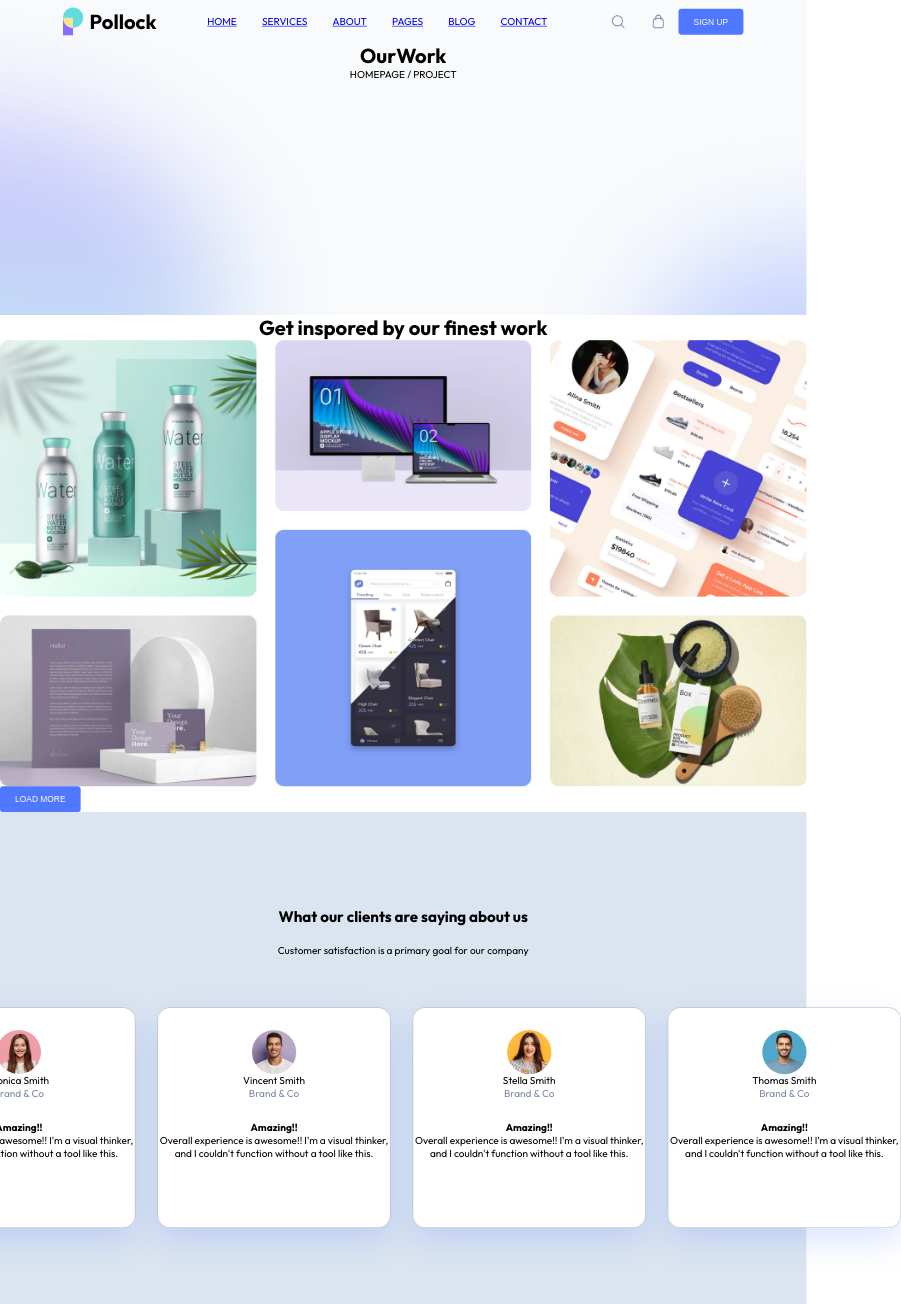
Repository: Nam936/exercises
Page: index.html
These files come from the project's save history. The page is drawn as it stood at one moment and after a run of saves; the edit follows.
The browser window is 1280 px wide. The page is 1430 px wide, so the pictures cover 1430 px, including what lies to the right of the window. The pictures show the whole page, at 63% of full size.

Above is the page before, as saved 2022-12-30 14:40:00.

### index.html
<!DOCTYPE html>
<html lang="en">
<head>
    <meta charset="UTF-8">
    <meta http-equiv="X-UA-Compatible" content="IE=edge">
    <meta name="viewport" content="width=device-width, initial-scale=1.0">
    <title>Pollock</title>
    <link href="https://fonts.googleapis.com/css2?family=Outfit:wght@400;500;600;700&display=swap" rel="stylesheet">
    <link rel="stylesheet" href="style.css">
</head>
<body>
<div id="wrap">
    <div class="bg_header">
        <div class="container">
            <div class="header">
                <div class="menu_header">
                    <h1 class="logo">
                        <img src="/img/Frame_header.png" alt="logo">
                        <p class="txt_header">Pollock</p>
                    </h1>
                    <div class="lst_header">
                        <ul>
                            <li><a href="#">HOME</a></li>
                            <li><a href="#">SERVICES</a></li>
                            <li><a href="#">ABOUT</a></li>
                            <li><a href="#">PAGES</a></li>
                            <li><a href="#">BLOG</a></li>
                            <li><a href="#">CONTACT</a></li>
                        </ul>
                        </div>
                        <div class="icon_header">
                            <img class="search" src="/img/Iconex/Search_header.png" alt="">
                            <img class="cart" src="/img/Iconex/Bag_header.png" alt="">
                            <button>SIGN UP</button>
                        </div>
                    </div>
                </div>
                <div class="txt_ct">
                    <h1>OurWork</h1>
                    <p>HOMEPAGE / PROJECT</p>
                </div>
            </div>
        </div>
    </div>
    <div class="main">
        <div class="tit_main">
            <h1>Get inspored by our finest work</h1>
        </div>
            <div class="prod_main">
                <div class="prod_itm">
                    <img src="/img/main_img/1.png "alt="">
                    <img src="/img/main_img/2.png" alt="">
                </div>
                <div class="prod_itm">
                    <img src="/img/main_img/3.png" alt="">
                    <img src="/img/main_img/4.png" alt="">
                </div>
                <div class="prod_itm">
                    <img src="/img/main_img/5.png" alt="">
                    <img src="/img/main_img/6.png" alt="">
            </div>
        </div>
        <div class="button">
            <button>LOAD MORE</button>
        </div>



    <div class="member">
        <div class="head_mem">
            <div class="tit_mem">
                <h2>What our clients are saying about us</h2>
                <p>Customer satisfaction is a primary goal for our company</p>
            </div>
            <!-- <div class="scroll"></div> -->
        </div>
        <div class="slide">
            <div class="tag">
                <div class="tag_itm">
                    <div class="tag_avatar">
                        <div class="tag_cont">
                            <img src="/img/avatar/Avatar.png" alt="">
                            <div class="name_mem">
                                <span>Monica Smith</span>
                                <p>Brand & Co</p>
                            </div>
                        </div>
                    </div>
                    <div class="txt">
                        <strong class="tit">Amazing!!</strong>
                        <p>Overall experience is awesome!! I'm a visual thinker, and I couldn't function without a tool like this.</p>
                    </div>
                </div>
            </div>
            <div class="tag">
                <div class="itm">
                    <div class="tag_avatar">
                        <div class="tag_cont">
                            <img src="/img/avatar/Avatar2.png" alt="">
                            <div class="name_mem">
                                <span>Vincent Smith</span>
                                <p>Brand & Co</p>
                            </div>
                        </div>

                    </div>
                    <div class="txt">
                        <strong class="tit">Amazing!!</strong>
                        <p>Overall experience is awesome!! I'm a visual thinker, and I couldn't function without a tool like this.</p>
                    </div>
                </div>
            </div>
            <div class="tag">
                <div class="tag_itm">
                    <div class="tag_avatar">
                        <dv class="tag_cont">
                            <img src="/img/avatar/Avatar3.png" alt="">
                            <div class="name_mem">
                                <span>Stella Smith</span>
                                <p>Brand & Co</p>
                            </div>
                        </dv>
                    </div>
                    <div class="txt">
                        <strong class="tit">Amazing!!</strong>
                        <p>Overall experience is awesome!! I'm a visual thinker, and I couldn't function without a tool like this.</p>
                    </div>
                </div>
            </div>
            <div class="tag">
                <div class="tag_itm">
                    <div class="tag_avatar">
                        <div class="tag_cont">
                            <img src="/img/avatar/Avatar4.png" alt="">
                            <div class="name_mem">
                                <span>Thomas Smith</span>
                                <p>Brand & Co</p>
                            </div>
                        </div>
                    </div>
                    <div class="txt">
                        <strong class="tit">Amazing!!</strong>
                        <p>Overall experience is awesome!! I'm a visual thinker, and I couldn't function without a tool like this.</p>
                    </div>
                </div>
            </div>
        </div>
    </div>
    </div>

</div>
</body>
</html>

### style.css
* {
    margin: 0;
    padding: 0;
    box-sizing: border-box;
}
body{
    font-family: 'Outfit', sans-serif;
}

.bg_header{
    width: 100%;
    height: 500px;
    background-image: url(/img/Hero_background.png);
}
.container{
    max-width: 1170px;
    margin: 0px auto;
    padding: 0px 15px;
    width: 100%;
}
header{display: flex;}
.menu_header{display: flex;justify-content: space-around;align-items: center;}
.menu_header img{width: 32px; height: 44px;}
.logo {display: flex; align-items: center;}
.txt_header{padding-left: 10px;}
.lst_header ul{display: flex; list-style-type: none;}
.lst_header ul li{margin: 22px 20px;}

.icon_header{display: flex; align-items: center;}
.icon_header img{ width: 24px; height: 24px;}
.cart,.search{margin: 22px 20px;}
button{background-color:#4F77FF; border: 0px; border-radius: 5px; padding:13px 24px; color: #fff;}

.txt_ct{text-align: center;}


/* main_content */
.tit_main{text-align: center;}



/* .prod_main div{margin: 30px;} */

.prod_main{display:flex; gap: 30px;}
img{display: block; width: 100%;}
.prod_itm :first-child{margin-bottom: 30px;}

/* member style */
.member{background:#dbe5f0; width: 100%; height: 781px;}
.head_mem{margin-bottom: 80px;}
.tit_mem{text-align: center; padding-top: 120px;}
h2{margin: 30px;}

/*      */
.slide{display: grid; grid-template-columns: 375px 375px 375px 375px ; justify-content: center; gap: 30px;}
.tag{width: 370px; height: 350px; border: 1px solid rgba(0,0,0,0.2); border-radius: 20px; background: #fff;box-shadow: 0px 20px 50px rgba(79, 119, 255, 0.2); }
.tag_avatar img{ width: 70px; height: 70px; margin: auto;}
.tag_avatar{padding: 35px; text-align: center;}
.name_mem p{color: #7B88A8;}
.txt{ text-align: center;}

After the next 3 saves:
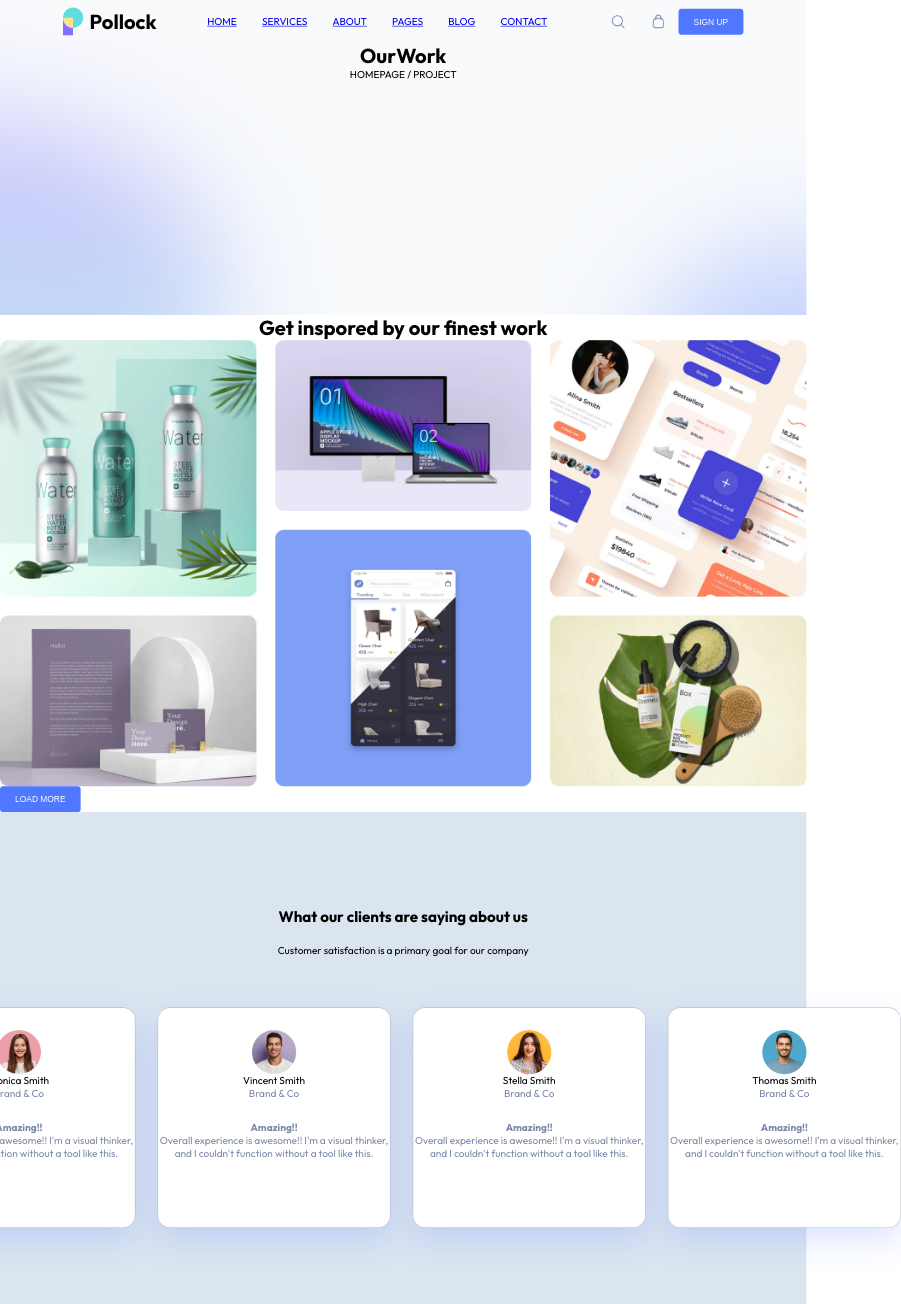
The 3 saves are shown as one change because they came seconds apart.
The last was saved 23 s later.
--- a/style.css
+++ b/style.css
@@ -57,4 +57,4 @@
 .tag_avatar img{ width: 70px; height: 70px; margin: auto;}
 .tag_avatar{padding: 35px; text-align: center;}
 .name_mem p{color: #7B88A8;}
-.txt{ text-align: center;}
+.txt{ text-align: center; color: #7B88A8;}

After the 5 saves that followed:
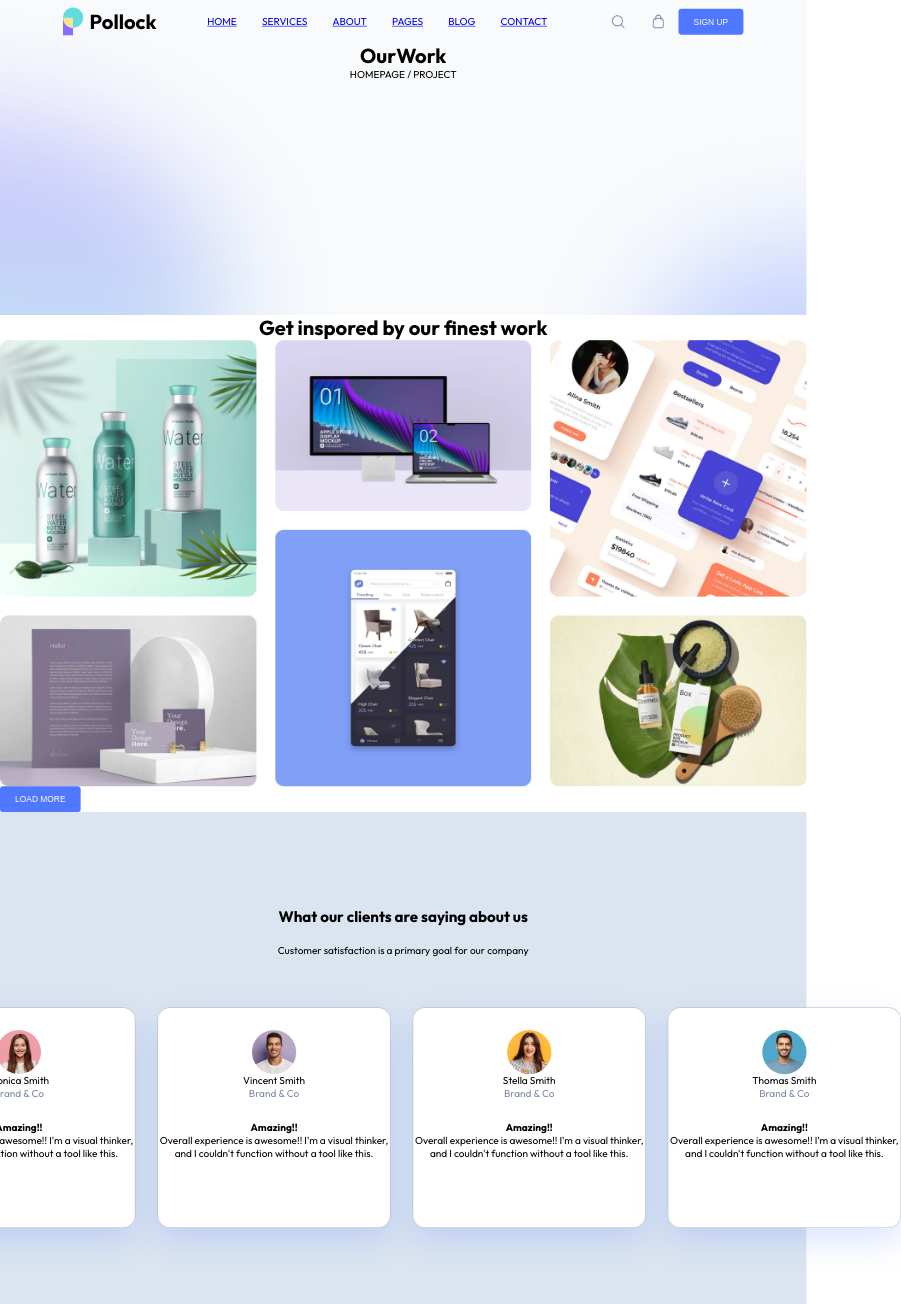
The 5 saves are shown as one change because they came seconds apart.
The last was saved 16 s later.
--- a/style.css
+++ b/style.css
@@ -57,4 +57,5 @@
 .tag_avatar img{ width: 70px; height: 70px; margin: auto;}
 .tag_avatar{padding: 35px; text-align: center;}
 .name_mem p{color: #7B88A8;}
-.txt{ text-align: center; color: #7B88A8;}
+.txt{ text-align: center;}
+.txt
